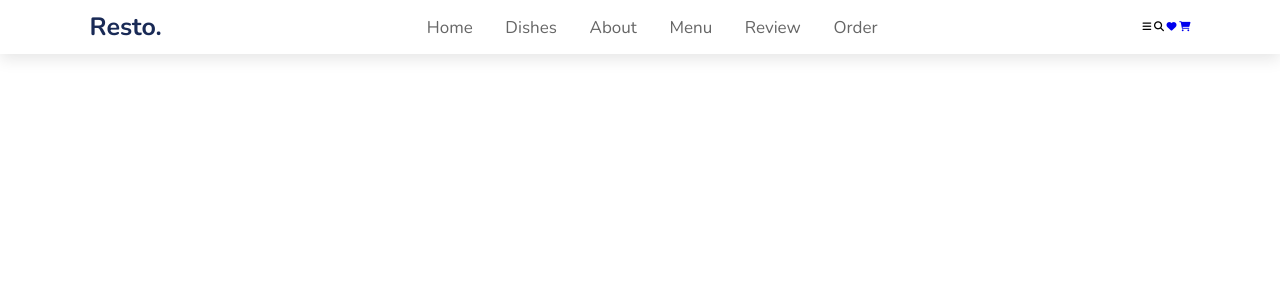
Repository: CarsonDev1/FoodWeb
Page: index.html
The author's editor kept a copy of each file at every save. The page is drawn from the files as they stood at one save, then again after the next save.
The browser window is 1280 px wide. The pictures show the whole page.
Some web libraries are served in a nearby version.

Above is the page before, as saved 2022-05-18 17:51:33.

After the next save:
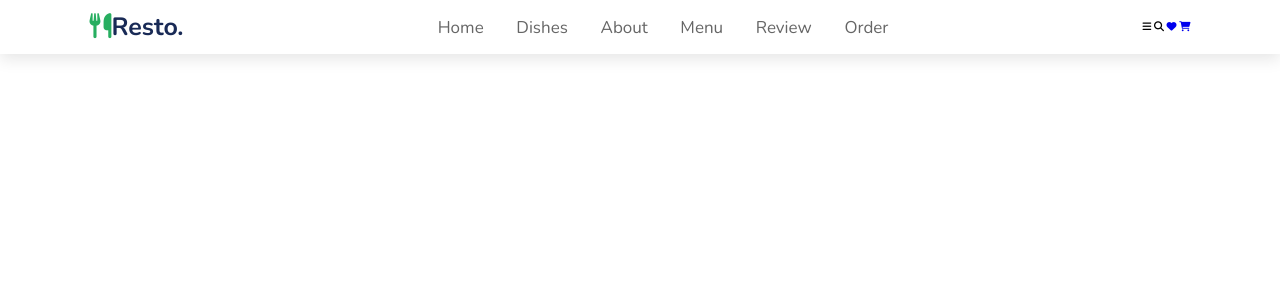
Saved 2 min 34 s later.
--- a/index.html
+++ b/index.html
@@ -23,7 +23,7 @@
   <body>
     <!-- Header section start -->
     <header>
-      <a href="#" class="logo"><i class="fas-fa-untensils"></i>resto.</a>
+      <a href="#" class="logo"><i class="fas fa-utensils"></i>resto.</a>
       <nav class="navbar">
         <a href="#home">home</a>
         <a href="#dishes">dishes</a>
